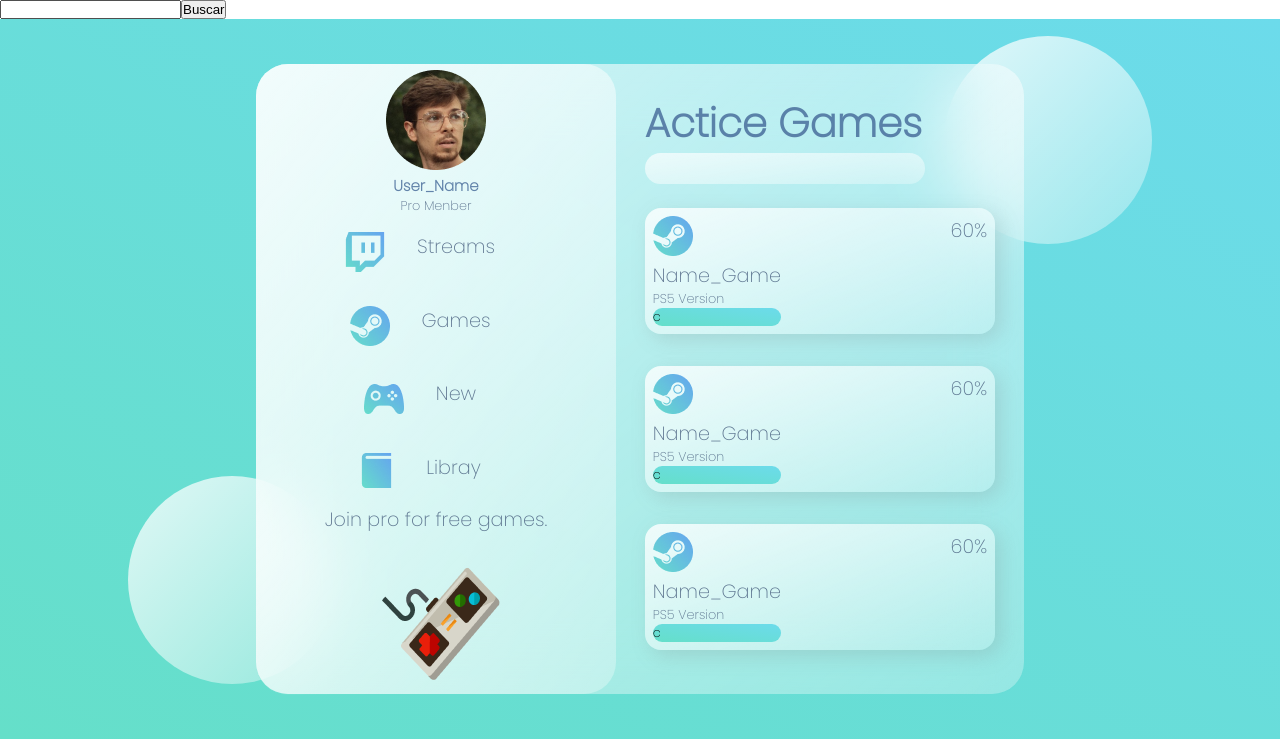
Repository: ServerK001/HomeGamer
Page: /
An editor plug-in stored every save of this project. The page is shown before and after the next save, followed by the edit.
The browser window is 1280 px wide. The pictures show the whole page.
The project was rebuilt for these pictures with package versions that can differ from the ones it lists, and the page was loaded fresh each time.

Above is the page before, as saved 2021-12-27 16:36:02.

After the next save:
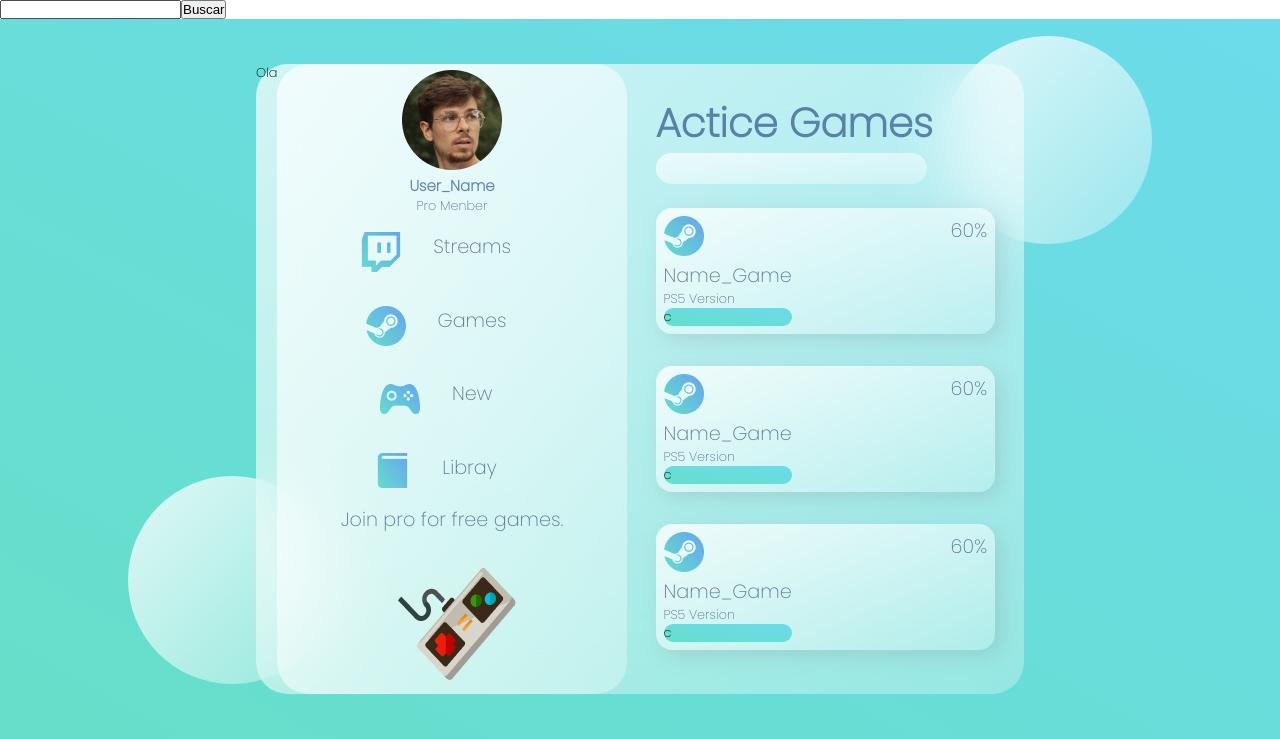
Saved 108 s later.
--- a/src/components/header/header.jsx
+++ b/src/components/header/header.jsx
@@ -8,7 +8,7 @@
 
         <main>
             <section className="glass">
-
+                Ola
                 <Dashborad />
 
 
